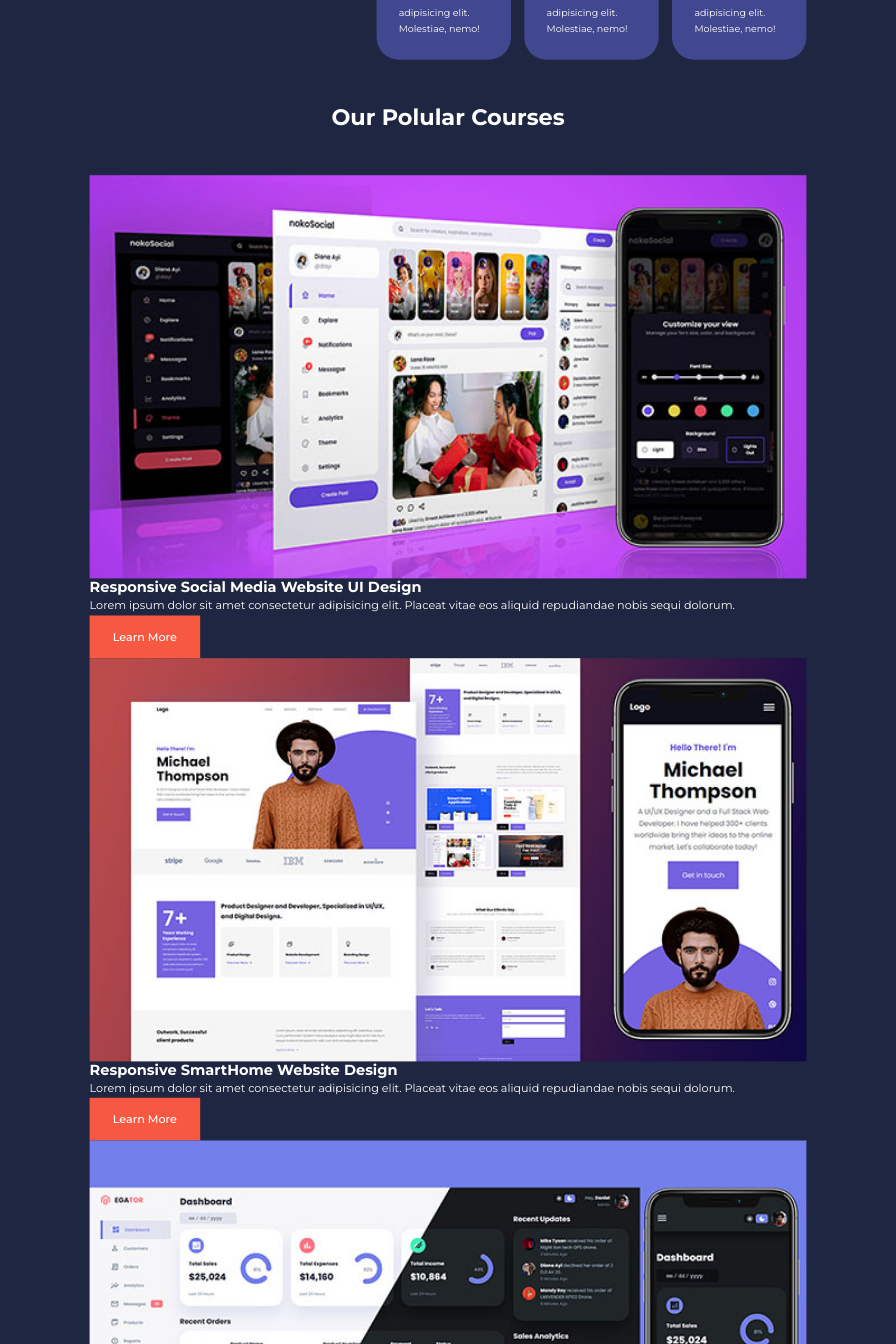
Repository: QUANGTHAI2003/education-web
Page: index.html
These files come from the project's save history. The page is drawn as it stood at one moment and after the next save; the edit follows.
The browser window is 1280 px wide. The pictures show the part of the page from y = 1156 to 3076 px (the page is 3570 px tall before and 1887 px after), at 70% of full size.
Some icons come from a web library that is not loaded, so they are not drawn.

Above is the page before, as saved 2022-03-11 14:42:02.

### index.html
<!DOCTYPE html>
<html lang="en">
    <head>
        <meta charset="UTF-8" />
        <meta http-equiv="X-UA-Compatible" content="IE=edge" />
        <meta name="viewport" content="width=device-width, initial-scale=1.0" />
        <title>Responsive Multipage Education</title>
        <!-- ICONSCOUT CDN -->
        <link
            rel="stylesheet"
            href="https://unicons.iconscout.com/release/v2.1.6/css/unicons.css"
        />
        <!-- GOOGLE FONTS -->
        <link rel="preconnect" href="https://fonts.googleapis.com" />
        <link rel="preconnect" href="https://fonts.gstatic.com" crossorigin />
        <link
            href="https://fonts.googleapis.com/css2?family=Montserrat:wght@300;400;500;600;700;800;900&family=Poppins:wght@300;400;600&display=swap"
            rel="stylesheet"
        />

        <link rel="stylesheet" href="./css/style.css" />
    </head>
    <body>
        <nav>
            <div class="container nav__container">
                <a href="index.html">
                    <h4>EGATOR</h4>
                </a>
                <ul class="nav__menu">
                    <li><a href="index.html">Home</a></li>
                    <li><a href="about.html">About</a></li>
                    <li><a href="courses.html">Courses</a></li>
                    <li><a href="contact.html">Contact</a></li>
                </ul>
                <button id="open-menu-btn">
                    <i class="uil uil-bars"></i>
                </button>
                <button id="close-menu-btn">
                    <i class="uil uil-multiply"></i>
                </button>
            </div>
        </nav>
        <!-- END OF NAVBAR -->
        <header>
            <div class="container header__container">
                <div class="header__left">
                    <h1>Grow your skills to advance your career</h1>
                    <p>
                        Lorem ipsum dolor sit, amet consectetur adipisicing elit. Est, atque
                        debitis. Illum quaerat ex suscipit, sapiente nobis sit sunt doloribus
                        possimus cumque non libero voluptas aspernatur voluptate voluptates ipsam
                        eum!
                    </p>
                    <a href="courses.html" class="btn btn-primary">Get Started</a>
                </div>
                <div class="header__right">
                    <div class="header__right-image">
                        <img src="./images/header.svg" />
                    </div>
                </div>
            </div>
        </header>
        <!-- END OF HEADER -->
        <section class="categories">
            <div class="container categories__container">
                <div class="categories__left">
                    <h1>Categories</h1>
                    <p>
                        Lorem ipsum dolor sit amet consectetur adipisicing elit. Aliquid expedita
                        voluptatem odio, voluptate esse ab suscipit possimus tempora adipisci harum
                        reprehenderit sunt? Adipisci placeat, repudiandae a consectetur voluptatem
                        itaque? Assumenda!
                    </p>
                    <a href="#" class="btn">Learn More</a>
                </div>
                <div class="categories__right">
                    <article class="category">
                        <span class="category__icon">
                            <i class="uil uil-bitcoin-circle"></i>
                        </span>
                        <h5>Blockchain</h5>
                        <p>
                            Lorem ipsum dolor sit amet, consectetur adipisicing elit. Molestiae,
                            nemo!
                        </p>
                    </article>
                    <article class="category">
                        <span class="category__icon">
                            <i class="uil uil-palette"></i>
                        </span>
                        <h5>Graphic Design</h5>
                        <p>
                            Lorem ipsum dolor sit amet, consectetur adipisicing elit. Molestiae,
                            nemo!
                        </p>
                    </article>
                    <article class="category">
                        <span class="category__icon">
                            <i class="uil uil-usd-circle"></i>
                        </span>
                        <h5>Finance</h5>
                        <p>
                            Lorem ipsum dolor sit amet, consectetur adipisicing elit. Molestiae,
                            nemo!
                        </p>
                    </article>
                    <article class="category">
                        <span class="category__icon">
                            <i class="uil uil-megaphone"></i>
                        </span>
                        <h5>Marketing</h5>
                        <p>
                            Lorem ipsum dolor sit amet, consectetur adipisicing elit. Molestiae,
                            nemo!
                        </p>
                    </article>
                    <article class="category">
                        <span class="category__icon">
                            <i class="uil uil-music"></i>
                        </span>
                        <h5>Music</h5>
                        <p>
                            Lorem ipsum dolor sit amet, consectetur adipisicing elit. Molestiae,
                            nemo!
                        </p>
                    </article>
                    <article class="category">
                        <span class="category__icon">
                            <i class="uil uil-puzzle-piece"></i>
                        </span>
                        <h5>Business</h5>
                        <p>
                            Lorem ipsum dolor sit amet, consectetur adipisicing elit. Molestiae,
                            nemo!
                        </p>
                    </article>
                </div>
            </div>
        </section>
        <!-- END OF CATEGORIES -->
        <section class="courses">
            <h2>Our Polular Courses</h2>
            <div class="container courses__container">
                <article class="course">
                    <div class="course__image">
                        <img src="./images/course1.jpg" />
                    </div>
                    <div class="course__info">
                        <h4>Responsive Social Media Website UI Design</h4>
                        <p>
                            Lorem ipsum dolor sit amet consectetur adipisicing elit. Placeat vitae
                            eos aliquid repudiandae nobis sequi dolorum.
                        </p>
                        <a href="courses.html" class="btn btn-primary">Learn More</a>
                    </div>
                </article>
                <article class="course">
                    <div class="course__image">
                        <img src="./images/course2.jpg" />
                    </div>
                    <div class="course__info">
                        <h4>Responsive SmartHome Website Design</h4>
                        <p>
                            Lorem ipsum dolor sit amet consectetur adipisicing elit. Placeat vitae
                            eos aliquid repudiandae nobis sequi dolorum.
                        </p>
                        <a href="courses.html" class="btn btn-primary">Learn More</a>
                    </div>
                </article>
                <article class="course">
                    <div class="course__image">
                        <img src="./images/course3.jpg" />
                    </div>
                    <div class="course__info">
                        <h4>Responsive Admin Dashboard UI Design</h4>
                        <p>
                            Lorem ipsum dolor sit amet consectetur adipisicing elit. Placeat vitae
                            eos aliquid repudiandae nobis sequi dolorum.
                        </p>
                        <a href="courses.html" class="btn btn-primary">Learn More</a>
                    </div>
                </article>
            </div>
        </section>
        <!-- END OF COURSES -->
        <script src="./app.js"></script>
    </body>
</html>

### css/style.css
* {
    margin: 0;
    padding: 0;
    border: 0;
    outline: 0;
    text-decoration: none;
    list-style: none;
    box-sizing: border-box;
}

:root {
    --color-primary: #6c63ff;
    --color-success: #00bf8e;
    --color-warning: #f7c94b;
    --color-danger: #f75842;
    --color-danger-variant: rgba(247, 88, 66, 0.4);
    --color-white: #fff;
    --color-light: rgba(255, 255, 255, 0.7);
    --color-black: #000;
    --color-bg: #1f2641;
    --color-bg1: #2e3267;
    --color-bg2: #424890;

    --container-width-lg: 80%;
    --container-width-md: 90%;
    --container-width-sm: 94%;

    --transition: all 400ms ease;
}

body {
    font-family: 'Montserrat', sans-serif;
    line-height: 1.7;
    color: var(--color-white);
    background: var(--color-bg);
}

.container {
    width: var(--container-width-lg);
    margin: 0 auto;
}

section {
    padding: 6rem 0;
}

section h2 {
    text-align: center;
    margin-bottom: 4rem;
}

h1,
h2,
h3,
h4,
h5 {
    line-height: 1.2;
}

h1 {
    font-size: 2.4rem;
}

h2 {
    font-size: 2rem;
}

h3 {
    font-size: 1.3rem;
}

h4 {
    font-size: 1.3rem;
}

a {
    color: var(--color-white);
}

img {
    width: 100%;
    display: block;
    object-fit: cover;
}

.btn {
    display: inline-block;
    background: var(--color-white);
    color: var(--color-black);
    padding: 1rem 2rem;
    border: 1px solid transparent;
    font-weight: 500;
    transition: var(--transition);
}

.btn:hover {
    background: transparent;
    color: var(--color-white);
    border-color: var(--color-white);
}

.btn-primary {
    background: var(--color-danger);
    color: var(--color-white);
}

/* ================= NAVBAR =================*/
nav {
    background: transparent;
    width: 100vw;
    height: 5rem;
    position: fixed;
    top: 0;
    z-index: 11;
}

/* change navbar styles on scroll using js*/
.window-scroll {
    background: var(--color-primary);
    box-shadow: 0 1rem 2rem rgba(0, 0, 0, 0.2);
}

.nav__container {
    height: 100%;
    display: flex;
    justify-content: space-between;
    align-items: center;
}

nav button {
    display: none;
}

.nav__menu {
    display: flex;
    align-items: center;
    gap: 4rem;
}

.nav__menu a {
    font-size: 0.9rem;
    transition: var(--transition);
}

.nav__menu a:hover {
    color: var(--color-bg2);
}

/* ================= HEADER =================*/
header {
    position: relative;
    top: 5rem;
    overflow: hidden;
    height: 70vh;
    margin-bottom: 5rem;
}

.header__container {
    display: grid;
    grid-template-columns: repeat(2, 1fr);
    align-items: center;
    gap: 5rem;
    height: 100%;
}

.header__left p {
    margin: 1rem 0 2.4rem;
}

/* ================= CATEGORIES =================*/
.categories {
    background: var(--color-bg1);
    height: 29rem;
}

.categories h1 {
    line-height: 1;
}

.categories__container {
    display: grid;
    grid-template-columns: 40% 60%;
}

.categories__left {
    margin-right: 4rem;
}

.categories__left p {
    margin: 1rem 0 3rem;
}

.categories__right {
    display: grid;
    grid-template-columns: repeat(3, 1fr);
    gap: 1.2rem;
}

.category {
    background: var(--color-bg2);
    padding: 2rem;
    border-radius: 2rem;
    transition: var(--transition);
}

.category:hover {
    box-shadow: 0 3rem 3rem rgba(0, 0, 0, 0.3);
    z-index: 1;
}

.category:nth-child(2) .category__icon {
    background: var(--color-danger);
}

.category:nth-child(3) .category__icon {
    background: var(--color-success);
}

.category:nth-child(4) .category__icon {
    background: var(--color-warning);
}

.category:nth-child(5) .category__icon {
    background: var(--color-success);
}

.category__icon {
    background: var(--color-primary);
    padding: 0.7rem;
    border-radius: 0.9rem;
}

.category h5 {
    margin: 2rem 0 1rem;
}

.category p {
    font-size: 0.85rem;
}

.courses {
    margin-top: 10rem;
}

### app.js
// changen navbar styles on scroll
window.addEventListener('scroll', () => {
    document.querySelector('nav').classList.toggle
        ('window-scroll', window.scrollY > 0);
})

After the next save:
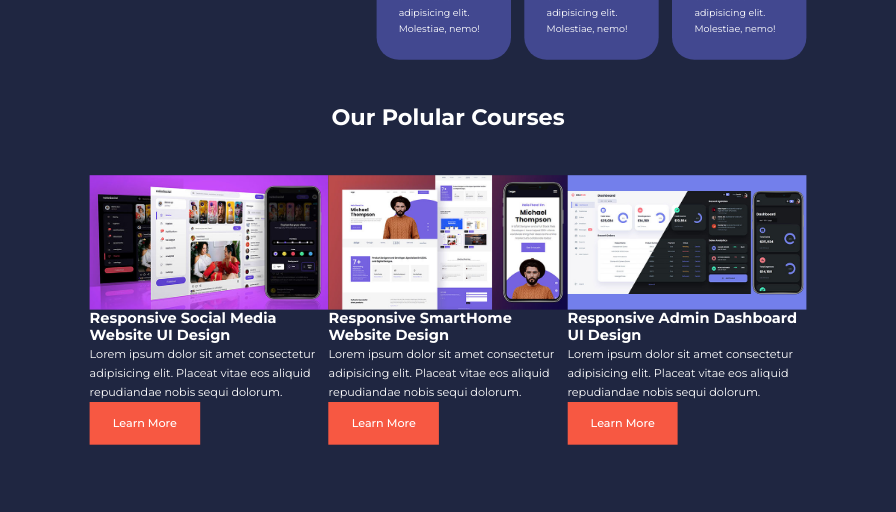
Saved 38 s later.
--- a/css/style.css
+++ b/css/style.css
@@ -241,3 +241,8 @@ header {
 .courses {
     margin-top: 10rem;
 }
+
+.courses__container {
+    display: grid;
+    grid-template-columns: repeat(3, 1fr);
+}
